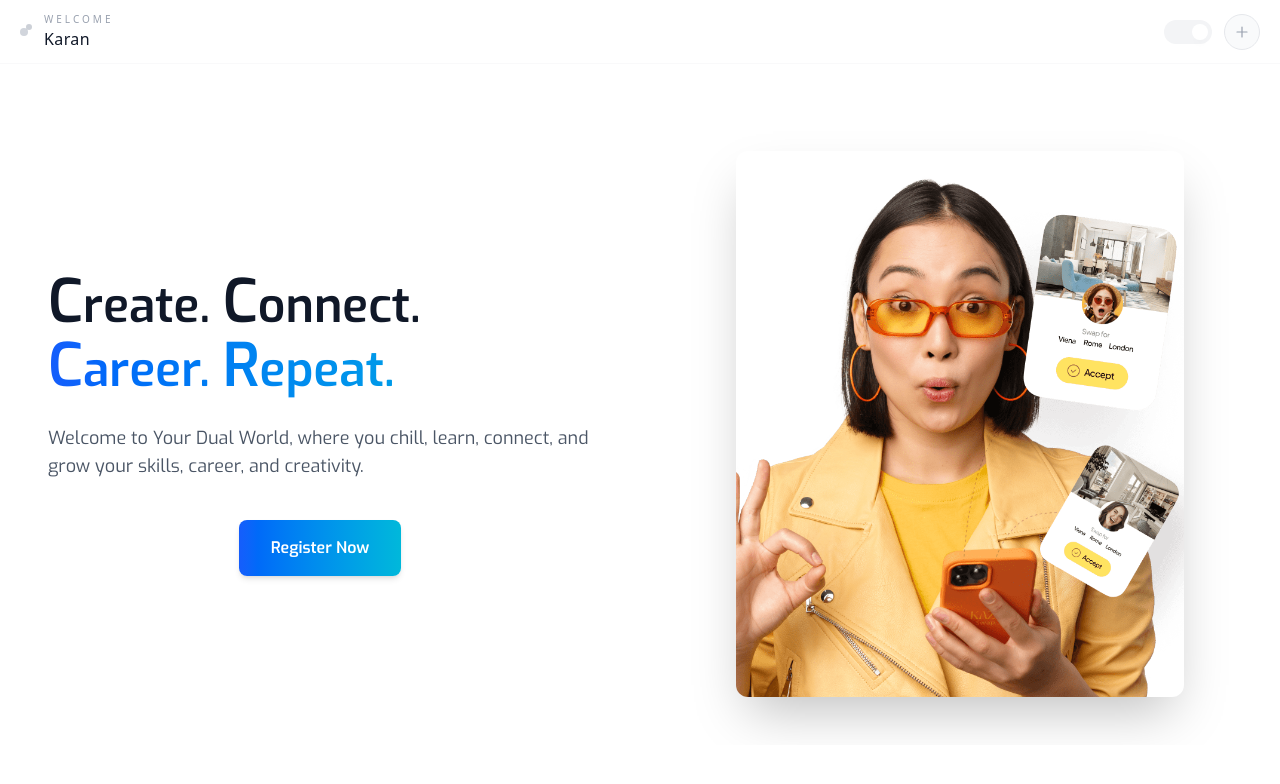
Repository: deepak445566/job
Page: / (app in frontend/)
These files come from the project's save history. The page is drawn as it stood at one moment and after the next save; the edit follows.
The browser window is 1280 px wide. The pictures show the whole page.
The page's requests for data from a server got no answer. Some web fonts or font styles are not loaded; a fallback is used. The project was rebuilt for these pictures with package versions that can differ from the ones it lists, and the page was loaded fresh each time. Some packages were replaced by stand-ins written for this rebuild. No one was signed in, and anything a server would have sent is missing. Also part of the build but not shown: frontend/vite.config.js, frontend/src/Components/auth/Login.jsx, frontend/src/Components/study/StudyDashboard.jsx, frontend/src/Components/chill/ChillDashboard.jsx.

Above is the page before, as saved 2026-02-26 14:11:03.

### frontend/index.html
<!doctype html>
<html lang="en">
  <head>
    <meta charset="UTF-8" />
    <link rel="icon" type="image/svg+xml" href="/vite.svg" />
    <meta name="viewport" content="width=device-width, initial-scale=1.0" />
    <title>frontend</title>
    <link rel="preconnect" href="https://fonts.googleapis.com">
<link rel="preconnect" href="https://fonts.gstatic.com" crossorigin>
<link href="https://fonts.googleapis.com/css2?family=Exo:ital,wght@0,100..900;1,100..900&family=Playfair+Display:ital,wght@0,400..900;1,400..900&display=swap" rel="stylesheet">
  </head>
  <body>
    <div id="root"></div>
    <script type="module" src="/src/main.jsx"></script>
  </body>
</html>

### frontend/src/main.jsx
import { StrictMode } from 'react'
import { createRoot } from 'react-dom/client'
import './index.css'
import App from './App.jsx'
import {BrowserRouter} from 'react-router-dom'
import { AppContextProvider } from './context/AppContextProvider.jsx'




createRoot(document.getElementById('root')).render(
  <BrowserRouter>
  <AppContextProvider>
  <StrictMode>
    <App />
  </StrictMode>
  </AppContextProvider>
  </BrowserRouter>
)

### frontend/src/index.css
@import "tailwindcss";
.exo{
  font-family: "Exo", sans-serif;

  font-style: normal;
}

### frontend/src/App.jsx
import React from "react";
import Login from "./Components/auth/Login";
import { Route, Routes } from "react-router-dom";
import Dashboard from "./Components/Dashboard";
import { useAppContext } from "./context/AppContextProvider";
import Navbar from "./Components/common/Navbar";

function App() {
  const { showLogin } = useAppContext(); // user bhi lein context se

  return (
    <div>
      {/* Navbar hamesha dikhega */}
      <Navbar />

      {/* Login modal - tabhi dikhega jab showLogin true ho */}
      {showLogin && <Login />}

      <Routes>
        <Route path="/" element={<Dashboard />} />
      </Routes>
    </div>
  );
}

export default App;

### frontend/src/context/AppContextProvider.jsx
import { useContext, useEffect, useState } from "react";
import { useNavigate } from "react-router-dom";
import axios from "axios";
import { AppContext } from "./AppContext";
import toast from 'react-hot-toast';

axios.defaults.withCredentials = true;
axios.defaults.baseURL = import.meta.env.VITE_BACKEND_URL;
console.log("Base URL:", import.meta.env.VITE_BACKEND_URL);

export const AppContextProvider = ({ children }) => {
  const navigate = useNavigate();
  const [user, setUser] = useState(null);
  const [mode, setMode] = useState('chill'); // Default 'chill' ya 'study'
  const [showLogin, setShowLogin] = useState(false);
  const [loading, setLoading] = useState(true);

  const fetchUser = async () => {
    try {
      const { data } = await axios.get("/api/auth/isauth");
      if (data.success) {
        setUser(data.user);
        // User login hai toh uski mode fetch karo
        fetchUserMode();
      }
    } catch (error) {
      setUser(null);
    } finally {
      setLoading(false);
    }
  };

  // User ka mode fetch karne ka function
  const fetchUserMode = async () => {
    try {
      const { data } = await axios.get("/api/mode/");
      if (data.success) {
        setMode(data.mode);
      }
    } catch (error) {
      console.log("Error fetching mode:", error);
    }
  };

  // Mode toggle karne ka function
  const toggleMode = async () => {
    if (!user) {
      toast.error("Please login first");
      setShowLogin(true);
      return;
    }

    try {
      const { data } = await axios.put("/api/mode/switch");
      if (data.success) {
        setMode(data.mode);
        toast.success(data.message);
      }
    } catch (error) {
      toast.error(error.response?.data?.message || "Error switching mode");
    }
  };

  useEffect(() => {
    fetchUser();
  }, []);

  return (
    <AppContext.Provider
      value={{
        navigate,
        user,
        setUser,
        axios,
        setShowLogin,
        showLogin,
        mode,
        setMode,
        toggleMode,
        loading
      }}
    >
      {children}
    </AppContext.Provider>
  );
};

export const useAppContext = () => useContext(AppContext);

### frontend/src/Components/Dashboard.jsx
// components/Dashboard.jsx
import React from 'react';
import { useAppContext } from '../context/AppContextProvider';
import StudyDashboard from './study/StudyDashboard';
import ChillDashboard from './chill/ChillDashboard';

function Dashboard() {
  const { mode, user, setShowLogin, loading } = useAppContext();

  // Loading state
  if (loading) {
    return (
      <div className="min-h-screen flex items-center justify-center">
        <div className="text-center">
          <div className="w-16 h-16 border-4 border-blue-500 border-t-transparent rounded-full animate-spin mx-auto mb-4"></div>
          <p className="text-gray-600">Loading dashboard...</p>
        </div>
      </div>
    );
  }

  // Agar user login nahi hai
  if (!user) {
    return (
     <div className="min-h-screen  flex items-center justify-center  exo">

      <div className=" w-full   rounded-2xl overflow-hidden flex flex-col md:flex-row">

        {/* Left side: Text and button */}
        <div className="w-full md:w-1/2 p-5 sm:p-10 lg:p-12 flex flex-col justify-center space-y-6">
          {/* Heading */}
          <h1 className="text-4xl sm:text-5xl font-semibold text-gray-900 leading-tight">
           <span className='text-6xl'>C</span>reate.  <span className='text-6xl'>C</span>onnect.
            <span className="text-transparent bg-clip-text bg-gradient-to-r from-blue-600 to-cyan-500 block ">
             <span className='text-6xl'>C</span>areer.  <span className='text-6xl exo'>R</span>epeat.
            </span>
          </h1>

          {/* Paragraph */}
          <p className="text-lg text-gray-600 ">
           Welcome to Your Dual World, where you chill, learn, connect, and grow your skills, career, and creativity.
          </p>

          {/* Register Now Button */}
          <div className="pt-4 flex justify-center">
            <button className="px-8 py-4 bg-gradient-to-r from-blue-600 to-cyan-500 text-white font-semibold rounded-lg shadow-md hover:shadow-lg transform hover:scale-105 transition-all duration-300 ease-in-out focus:outline-none focus:ring-2 focus:ring-blue-400 focus:ring-offset-2">
              Register Now
            </button>
          </div>


        </div>

        {/* Right side: Image */}
        <div className="w-full md:w-1/2  flex items-center justify-center p-8 sm:p-10 lg:p-12">

          <img
            src="/images/m.png"
            alt="Hero visual representing our platform"
            className="w-full h-auto max-w-md rounded-xl shadow-2xl object-cover transform hover:scale-105 transition-transform duration-500"
          />
        </div>
      </div>
    </div>
    );
  }

  // Mode ke hisaab se dashboard render karo
  return (
    <div className="transition-all duration-500">
      {mode === 'study' ? <StudyDashboard /> : <ChillDashboard />}
    </div>
  );
}

export default Dashboard;

### frontend/src/Components/common/Navbar.jsx
import React, { useState } from "react";
import { useAppContext } from "../../context/AppContextProvider";
import toast from "react-hot-toast";

function Navbar() {
  const { user, setUser, axios, setShowLogin, navigate, mode, toggleMode } =
    useAppContext();
  const [loggingOut, setLoggingOut] = useState(false);
  const [togglingMode, setTogglingMode] = useState(false);
  const [showProfileMenu, setShowProfileMenu] = useState(false);

  const handleLogout = async () => {
    try {
      setLoggingOut(true);
      const { data } = await axios.post("/api/auth/logout");
      if (data.success) {
        setUser(null);
        setShowLogin(true);
        toast.success("Logged out successfully");
        navigate("/");
      } else {
        toast.error(data.message || "Logout failed");
      }
    } catch (error) {
      toast.error(error.response?.data?.message || "Error logging out");
    } finally {
      setLoggingOut(false);
      setShowProfileMenu(false);
    }
  };

  const handleToggleMode = async () => {
    try {
      setTogglingMode(true);
      await toggleMode();
    } catch (error) {
      console.error("Error toggling mode:", error);
    } finally {
      setTogglingMode(false);
    }
  };

  const handleProfileClick = () => {
    if (user) {
      setShowProfileMenu(!showProfileMenu);
    } else {
      setShowLogin(true);
    }
  };

  // Get first letter of name for avatar
  const getInitial = () => {
    if (user?.username) return user.username[0].toUpperCase();
    if (user?.email) return user.email[0].toUpperCase();
    return 'K';
  };

  return (
    <nav className="bg-white/80 backdrop-blur-xl px-5 py-3 border-b border-gray-100/50 sticky top-0 z-50">
      <div className="flex justify-between items-center max-w-7xl mx-auto">
        {/* Left Side - Minimal Luxury Greeting */}
        <div className="flex items-center gap-4">
          {/* Ultra-minimal greeting dot */}
          <div className="relative">
            <div className="w-2 h-2 bg-gray-300 rounded-full"></div>
            <div className="absolute -top-1 -right-1 w-1.5 h-1.5 bg-gray-400 rounded-full opacity-50"></div>
          </div>

          {/* Name with exquisite typography */}
          <div className="flex flex-col">
            <span className="text-[10px] uppercase tracking-[0.3em] text-gray-400 font-light">
              Welcome
            </span>
            <div className="flex items-center gap-2">
              <span className="text-base font-light text-gray-900 tracking-wide">
                {user?.username || user?.email?.split('@')[0] || 'Karan'}
              </span>
              {user && (
                <span className="w-1 h-1 bg-gray-300 rounded-full"></span>
              )}
            </div>
          </div>
        </div>

        {/* Right Side - Ultra Minimal Actions */}
        <div className="flex items-center gap-3">
          {/* Mode Toggle - Refined Switch */}
          <button
            onClick={handleToggleMode}
            disabled={togglingMode || !user}
            className={`relative w-12 h-6 rounded-full transition-all duration-700 ${
              user
                ? mode === 'study'
                  ? 'bg-gray-900'
                  : 'bg-gray-400'
                : 'bg-gray-100 cursor-not-allowed'
            }`}
            title={!user ? "Login to switch mode" : `Switch to ${mode === 'study' ? 'Chill' : 'Study'}`}
          >
            <span
              className={`absolute top-1 left-1 w-4 h-4 bg-white rounded-full shadow-xl transform transition-all duration-500 ease-in-out ${
                mode === 'chill' ? 'translate-x-6' : ''
              }`}
            />
          </button>

          {/* Profile - Museum Quality */}
          <div className="relative">
            <button
              onClick={handleProfileClick}
              className="group relative focus:outline-none"
            >
              {/* Ultra subtle ring */}
              {user && (
                <div className="absolute -inset-0.5 bg-gradient-to-r from-gray-200 to-gray-300 rounded-full opacity-0 group-hover:opacity-100 transition-opacity duration-500 blur-[1px]"></div>
              )}

              {/* Minimal Avatar */}
              <div className={`relative w-9 h-9 rounded-full flex items-center justify-center transition-all duration-300 ${
                user
                  ? 'bg-gray-900 text-white border border-white/20'
                  : 'bg-gray-50 text-gray-400 border border-gray-200'
              }`}>
                {user ? (
                  <span className="text-xs font-light tracking-wider">{getInitial()}</span>
                ) : (
                  <svg width="16" height="16" viewBox="0 0 16 16" fill="none" xmlns="http://www.w3.org/2000/svg">
                    <path d="M8 3V13M3 8H13" stroke="currentColor" strokeWidth="1.2" strokeLinecap="round"/>
                  </svg>
                )}
              </div>
            </button>

            {/* Profile Menu - Minimal Luxury Dropdown */}
            {showProfileMenu && user && (
              <>
                {/* Backdrop */}
                <div
                  className="fixed inset-0 z-40"
                  onClick={() => setShowProfileMenu(false)}
                />

                {/* Menu Card - Like a luxury boutique */}
                <div className="absolute right-0 mt-3 w-56 bg-white/95 backdrop-blur-xl rounded-2xl shadow-[0_20px_40px_-15px_rgba(0,0,0,0.1)] border border-gray-100/80 z-50 overflow-hidden">
                  {/* User Info - Minimal */}
                  <div className="px-5 py-4 border-b border-gray-100/50">
                    <p className="text-xs text-gray-400 uppercase tracking-[0.2em] mb-2 font-light">
                      Account
                    </p>
                    <p className="text-sm font-medium text-gray-900 mb-0.5">
                      {user.username || 'User'}
                    </p>
                    <p className="text-xs text-gray-400 truncate font-light">
                      {user.email || 'user@example.com'}
                    </p>
                  </div>

                  {/* Menu Items - Refined */}
                  <div className="p-2">
                    <button
                      onClick={() => {
                        setShowProfileMenu(false);
                        navigate('/profile');
                      }}
                      className="w-full px-4 py-2.5 text-left hover:bg-gray-50/80 rounded-xl transition-all duration-200 flex items-center gap-3 text-gray-600 group"
                    >
                      <span className="text-sm opacity-50 group-hover:opacity-100 transition-opacity">👤</span>
                      <span className="text-xs font-light tracking-wide">Profile</span>
                    </button>

                    <button
                      onClick={() => {
                        setShowProfileMenu(false);
                        navigate('/settings');
                      }}
                      className="w-full px-4 py-2.5 text-left hover:bg-gray-50/80 rounded-xl transition-all duration-200 flex items-center gap-3 text-gray-600 group"
                    >
                      <span className="text-sm opacity-50 group-hover:opacity-100 transition-opacity">⚙️</span>
                      <span className="text-xs font-light tracking-wide">Settings</span>
                    </button>

                    <div className="h-px bg-gray-100/50 my-2"></div>

                    <button
                      onClick={handleLogout}
                      disabled={loggingOut}
                      className="w-full px-4 py-2.5 text-left hover:bg-red-50/50 rounded-xl transition-all duration-200 flex items-center gap-3 text-red-400 group"
                    >
                      <span className="text-sm opacity-50 group-hover:opacity-100 transition-opacity">🚪</span>
                      <span className="text-xs font-light tracking-wide flex-1">
                        {loggingOut ? "Exiting..." : "Sign out"}
                      </span>
                      {loggingOut && (
                        <span className="w-3 h-3 border border-red-300 border-t-transparent rounded-full animate-spin" />
                      )}
                    </button>
                  </div>
                </div>
              </>
            )}
          </div>
        </div>
      </div>
    </nav>
  );
}

export default Navbar;

Loaded but not shown: frontend/src/context/AppContext.jsx (common file)

After the next save:
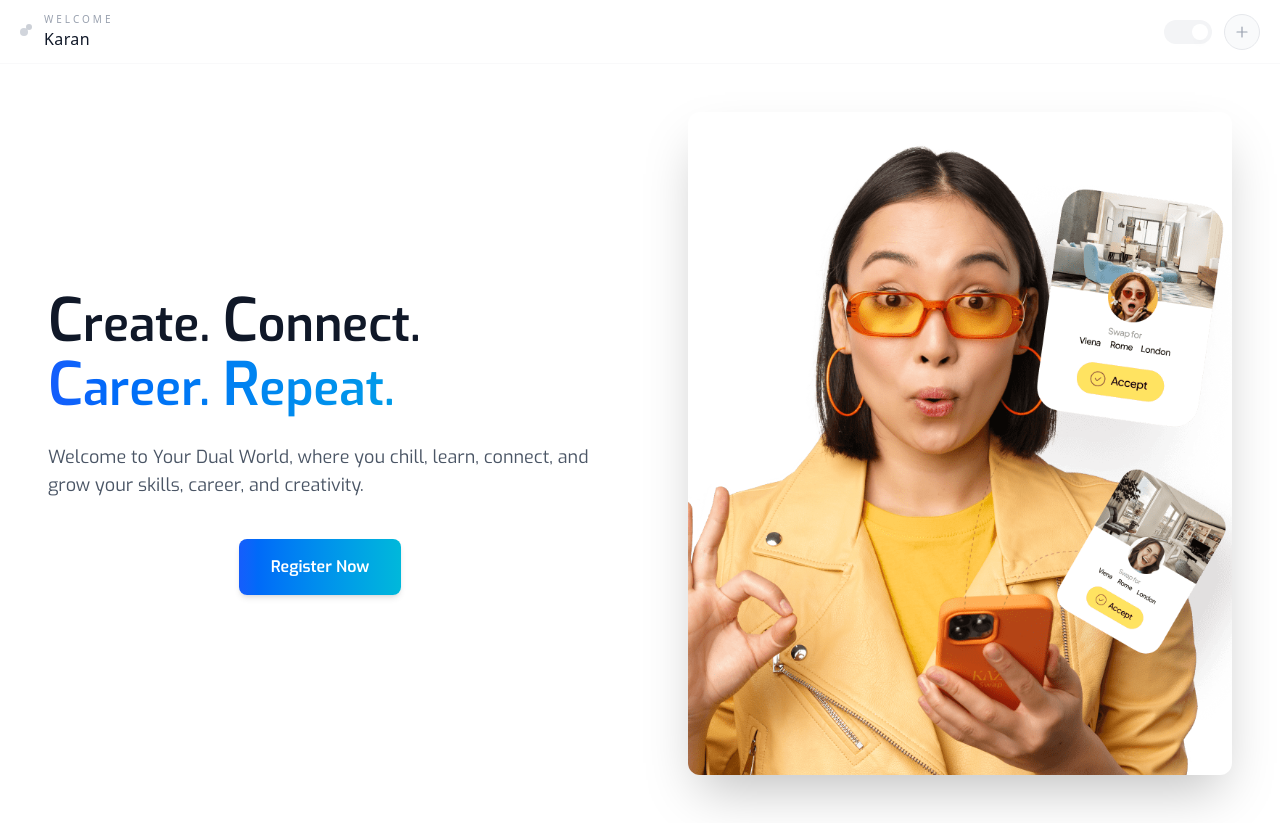
Saved 22 s later.
--- a/frontend/src/Components/Dashboard.jsx
+++ b/frontend/src/Components/Dashboard.jsx
@@ -57,7 +57,7 @@ function Dashboard() {
           <img
             src="/images/m.png"
             alt="Hero visual representing our platform"
-            className="w-full h-auto max-w-md rounded-xl shadow-2xl object-cover transform hover:scale-105 transition-transform duration-500"
+            className="w-full  rounded-xl shadow-2xl object-cover transform hover:scale-105 transition-transform duration-500"
           />
         </div>
       </div>
